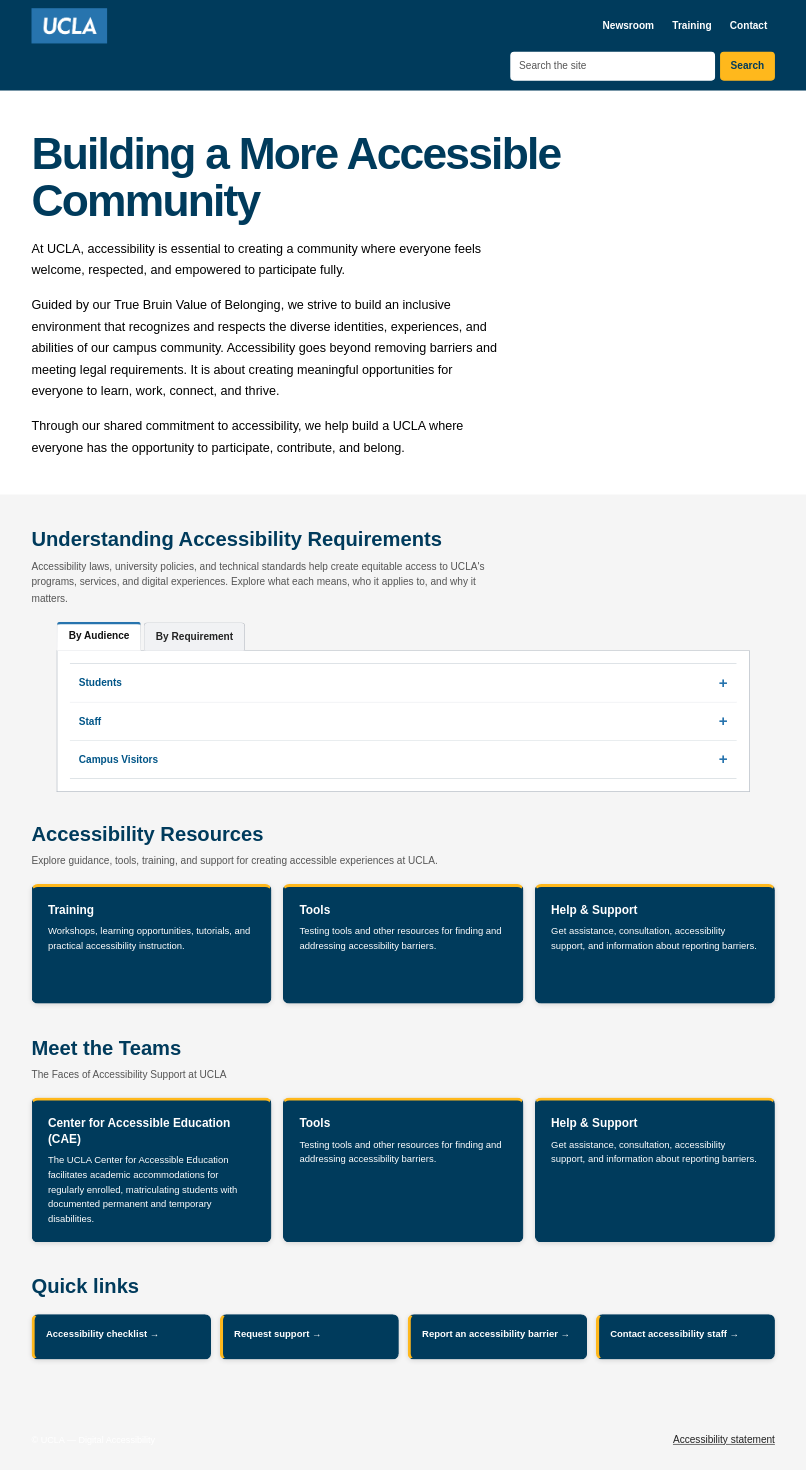
Repository: PSunnywell/UCLA-A11y-barrier-page
Page: index_tabs_with_accordions.html
These files come from the project's save history. The page is drawn as it stood at one moment and after the next save; the edit follows.
The browser window is 1280 px wide. The pictures show the whole page, at 63% of full size.

Above is the page before, as saved 2026-10-13 17:15:41.
Not found: search.js

### index_tabs_with_accordions.html
<!DOCTYPE html>
<html lang="en">
<head>
  <meta charset="UTF-8">
  <meta name="viewport" content="width=device-width, initial-scale=1.0">
  <meta name="description" content="Accessibility Resources for UCLA">
  <title>Accessibility Resources</title>
  <link rel="stylesheet" href="styles.css">
  <style>
    /* Classic attached tabs, styled to match the reference image. */
    .requirements-tabs { max-width: 1100px; margin: 1.5rem auto 3rem; font-family: inherit; }
    .requirements-tablist { display: flex; align-items: flex-end; flex-wrap: wrap; gap: 4px; padding: 0; border-bottom: 1px solid #aeb6bf; }
    .requirements-tab { appearance: none; border: 1px solid #b5bac1; border-bottom: 0; border-radius: 6px 6px 0 0; background: #f1f2f4; color: #242424; font: inherit; font-weight: 600; font-size: 1rem; line-height: 1.3; padding: 12px 18px; margin: 0 0 -1px; cursor: pointer; }
    .requirements-tab[aria-selected="true"] { background: #fff; color: #111; border-top: 4px solid #2774ae; padding-top: 9px; border-bottom: 1px solid #fff; position: relative; z-index: 1; }
    .requirements-tab:hover:not([aria-selected="true"]) { background: #e5edf4; }
    .requirements-tab:focus-visible { outline: 3px solid #005587; outline-offset: 2px; z-index: 2; }
    .requirements-tabs > .requirements-panel { border: 1px solid #aeb6bf; border-top: 0; padding: 20px; background: #fff; }
    /* Simple accordion rows inside each top-level tab. */
    .requirements-accordion { border-bottom: 1px solid #c9d1d8; }
    .requirements-accordion:first-child { border-top: 1px solid #c9d1d8; }
    .requirements-accordion summary { cursor: pointer; list-style: none; display: flex; align-items: center; justify-content: space-between; gap: 1rem; padding: 17px 14px; font-weight: 600; color: #005587; background: #fff; }
    .requirements-accordion summary::-webkit-details-marker { display: none; }
    .requirements-accordion summary::after { content: "+"; font-size: 1.5rem; line-height: 1; color: #2774ae; }
    .requirements-accordion[open] summary::after { content: "−"; }
    .requirements-accordion summary:hover { background: #f3f8fc; }
    .requirements-accordion summary:focus-visible { outline: 3px solid #005587; outline-offset: -3px; }
    .requirements-accordion-content { padding: 0 14px 16px; }
    .requirements-panel[hidden] { display: none; }
    .requirements-panel p { line-height: 1.65; max-width: 72ch; margin: 0 0 .8rem; }
    .requirements-panel h3 { color: #005587; margin: 0 0 .65rem; font-size: 1.2rem; }
    @media (max-width: 600px) { .requirements-tab { padding: 10px 12px; font-size: .9rem; } .requirements-tab[aria-selected="true"] { padding-top: 7px; } .requirements-tabs > .requirements-panel { padding: 14px; } }
  </style>
</head>
<body>
  <a class="skip-link" href="#main-content">Skip to main content</a>

  <header class="site-header">
    <div class="header-inner">
      <a class="site-brand" href="ucla.edu" aria-label="UCLA home">
        <img class="site-brand-logo" src="images/logo_UCLA_blue_boxed.png" alt="UCLA">

      </a>
      <nav class="primary-nav" aria-label="Primary navigation">

        <ul>
          <li><a href="https://newsroom.ucla.edu/">Newsroom</a></li>
          <li><a href="training.html">Training</a></li>
          <li><a href="contact.html">Contact</a></li>
        </ul>
      </nav>
    </div>

    <div class="site-search-row">
      <search class="site-search" role="search">
        <form action="search.html" method="get">
          <label for="site-search-input">Search the site</label>
          <input id="site-search-input" name="q" type="search" placeholder="Search the site" autocomplete="off">
          <button type="submit">Search</button>
        </form>
      </search>
    </div>
  </header>


  <!-- =======================================================
       HERO
       ======================================================= -->

  <section class="hero" aria-labelledby="page-title">

    <div class="hero-inner">

            <h1 id="page-title">
       Building a More Accessible Community
      </h1>

      <p>At UCLA, accessibility is essential to creating a community where everyone feels welcome, respected, and empowered to participate fully.</p>

<p>Guided by our True Bruin Value of Belonging, we strive to build an inclusive environment that recognizes and respects the diverse identities, experiences, and abilities of our campus community. Accessibility goes beyond removing barriers and meeting legal requirements. It is about creating meaningful opportunities for everyone to learn, work, connect, and thrive.</p>

<p>Through our shared commitment to accessibility, we help build a UCLA where everyone has the opportunity to participate, contribute, and belong.</p>


    </div>

  </section>


  <!-- =======================================================
       MAIN
       ======================================================= -->

  <main id="main-content">


    <!-- =====================================================
         PRIMARY RESOURCE CARDS
         ===================================================== -->

    <section aria-labelledby="requirements-heading">

      <div class="section-heading">
        <h2 id="requirements-heading">Understanding Accessibility Requirements</h2>
        <p>Accessibility laws, university policies, and technical standards help create equitable access to UCLA's programs, services, and digital experiences. Explore what each means, who it applies to, and why it matters.</p>
      </div>

      <!-- Two main tabs; each contains three native HTML accordions. -->
      <div class="requirements-tabs">
        <div class="requirements-tablist" role="tablist" aria-label="Browse accessibility requirements">
          <button type="button" class="requirements-tab" id="tab-audience" role="tab" aria-selected="true" aria-controls="panel-audience" tabindex="0">By Audience</button>
          <button type="button" class="requirements-tab" id="tab-requirement" role="tab" aria-selected="false" aria-controls="panel-requirement" tabindex="-1">By Requirement</button>
        </div>

        <div class="requirements-panel" id="panel-audience" role="tabpanel" aria-labelledby="tab-audience" tabindex="0">
          <details class="requirements-accordion">
            <summary>Students</summary>
            <div class="requirements-accordion-content">
              <p>Explore accessibility rights, accommodations, and resources that support participation in courses, campus programs, and university life.</p>
            </div>
          </details>
          <details class="requirements-accordion">
            <summary>Staff</summary>
            <div class="requirements-accordion-content">
              <p>Learn about accessibility responsibilities and support for university workplaces, services, communications, and digital content.</p>
            </div>
          </details>
          <details class="requirements-accordion">
            <summary>Campus Visitors</summary>
            <div class="requirements-accordion-content">
              <p>Find information about access to campus spaces, events, programs, and services when visiting UCLA.</p>
            </div>
          </details>
        </div>
        <div class="requirements-panel" id="panel-requirement" role="tabpanel" aria-labelledby="tab-requirement" tabindex="0" hidden>
          <details class="requirements-accordion">
            <summary>Laws &amp; Regulations</summary>
            <div class="requirements-accordion-content">
              <p>Federal and state requirements, including the ADA and Section 504, establish rights and obligations related to equal access and nondiscrimination.</p>
            </div>
          </details>
          <details class="requirements-accordion">
            <summary>UC Policies</summary>
            <div class="requirements-accordion-content">
              <p>University of California policies describe institutional expectations, responsibilities, and procedures. Check each policy for its scope and applicability.</p>
            </div>
          </details>
          <details class="requirements-accordion">
            <summary>Standards</summary>
            <div class="requirements-accordion-content">
              <p>Technical criteria, such as the Web Content Accessibility Guidelines (WCAG), help teams design and evaluate accessible experiences. Applicable requirements determine which standards are mandatory.</p>
            </div>
          </details>
        </div>
      </div>

      <div class="section-heading">
        <h2 id="resources-heading">Accessibility Resources</h2>
        <p>Explore guidance, tools, training, and support for creating accessible experiences at UCLA.</p>
      </div>

      <div class="card-grid">

        <!-- CARD 1 -->
        <a
          class="resource-card is-dark"
          href="accessible-course-materials1004.html"
        >
          <h3>
           Training
          </h3>

          <p>
             Workshops, learning opportunities, tutorials,
            and practical accessibility instruction.
          </p>
        </a>

        <!-- CARD 2 -->
        <a
          class="resource-card is-dark"
          href="tools.html"
        >
          <h3>
            Tools
          </h3>

          <p>
            Testing tools and other resources for finding
            and addressing accessibility barriers.
          </p>
        </a>

        <!-- CARD 3 -->
        <a
          class="resource-card is-dark"
          href="support.html" >
          <h3>
            Help & Support
          </h3>

          <p>
            Get assistance, consultation, accessibility
            support, and information about reporting barriers.
          </p>
        </a>


      </div>

    </section>
<br>
<br>

    <!-- =====================================================
         FEATURED CONTENT
         ===================================================== -->
 <div class="section-heading">
        <h2 id="resources-heading">Meet the Teams</h2>
        <p>The Faces of Accessibility Support at UCLA</p>
      </div>

      <div class="card-grid">

        <!-- CARD 1 -->
        <a
          class="resource-card is-dark"
          href="acae.html"
        >
          <h3>
           Center for Accessible Education (CAE)
          </h3>

          <p>
            The UCLA Center for Accessible Education facilitates academic accommodations for regularly enrolled, matriculating students with documented permanent and temporary disabilities.
          </p>
        </a>

        <!-- CARD 2 -->
        <a
          class="resource-card is-dark"
          href="tools.html"
        >
          <h3>
            Tools
          </h3>

          <p>
            Testing tools and other resources for finding
            and addressing accessibility barriers.
          </p>
        </a>

        <!-- CARD 3 -->
        <a
          class="resource-card is-dark"
          href="support.html" >
          <h3>
            Help & Support
          </h3>

          <p>
            Get assistance, consultation, accessibility
            support, and information about reporting barriers.
          </p>
        </a>


      </div>

    </section>
<br>
<br>

    <!-- =====================================================
         QUICK LINKS
         ===================================================== -->

    <section aria-labelledby="quick-heading">

      <div class="section-heading">

        <h2 id="quick-heading">
          Quick links
        </h2>

      </div>


      <div class="quick-links">

        <a
          class="quick-link"
          href="checklist.html"
        >
          Accessibility checklist →
        </a>

        <a
          class="quick-link"
          href="request-support.html"
        >
          Request support →
        </a>

        <a
          class="quick-link"
          href="report-barrier.html"
        >
          Report an accessibility barrier →
        </a>

        <a
          class="quick-link"
          href="contact.html"
        >
          Contact accessibility staff →
        </a>

      </div>

    </section>

  </main>


  <!-- =======================================================
       FOOTER
       ======================================================= -->

  <footer>

    <div class="footer-inner">

      <p>
        © UCLA — Digital Accessibility
      </p>

      <a
        class="footer-link"
        href="accessibility.html"
      >
        Accessibility statement
      </a>

    </div>

  </footer>

<script src="search.js" defer></script>
  <script>
    // Accessible keyboard navigation for the two main tabs.
    document.querySelectorAll('.requirements-tablist').forEach(tablist => {
      const tabs = Array.from(tablist.querySelectorAll(':scope > [role="tab"]'));
      function activate(tab, moveFocus = false) {
        tabs.forEach(item => {
          const selected = item === tab;
          item.setAttribute('aria-selected', String(selected));
          item.tabIndex = selected ? 0 : -1;
          document.getElementById(item.getAttribute('aria-controls')).hidden = !selected;
        });
        if (moveFocus) tab.focus();
      }
      tabs.forEach((tab, index) => {
        tab.addEventListener('click', () => activate(tab));
        tab.addEventListener('keydown', event => {
          let next;
          if (event.key === 'ArrowRight') next = (index + 1) % tabs.length;
          else if (event.key === 'ArrowLeft') next = (index - 1 + tabs.length) % tabs.length;
          else if (event.key === 'Home') next = 0;
          else if (event.key === 'End') next = tabs.length - 1;
          else return;
          event.preventDefault();
          activate(tabs[next], true);
        });
      });
    });
  </script>
</body>
</html>

Loaded but not shown: styles.css (312 lines, source omitted)

After the next save:
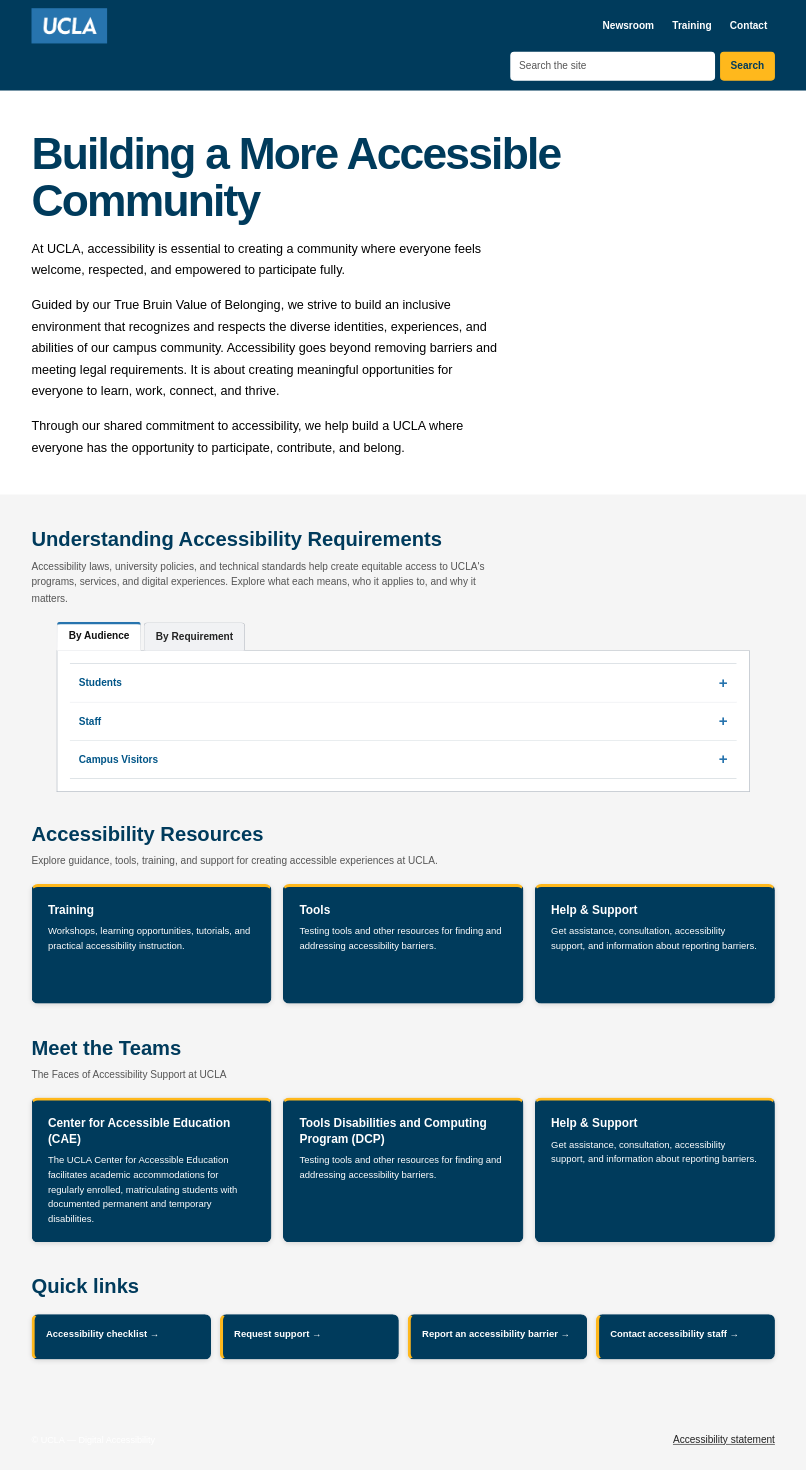
Saved 45 s later.
--- a/index_tabs_with_accordions.html
+++ b/index_tabs_with_accordions.html
@@ -238,10 +238,11 @@
         <!-- CARD 2 -->
         <a
           class="resource-card is-dark"
-          href="tools.html"
+          href="dcp.html"
         >
           <h3>
             Tools
+            Disabilities and Computing Program (DCP)
           </h3>
 
           <p>
